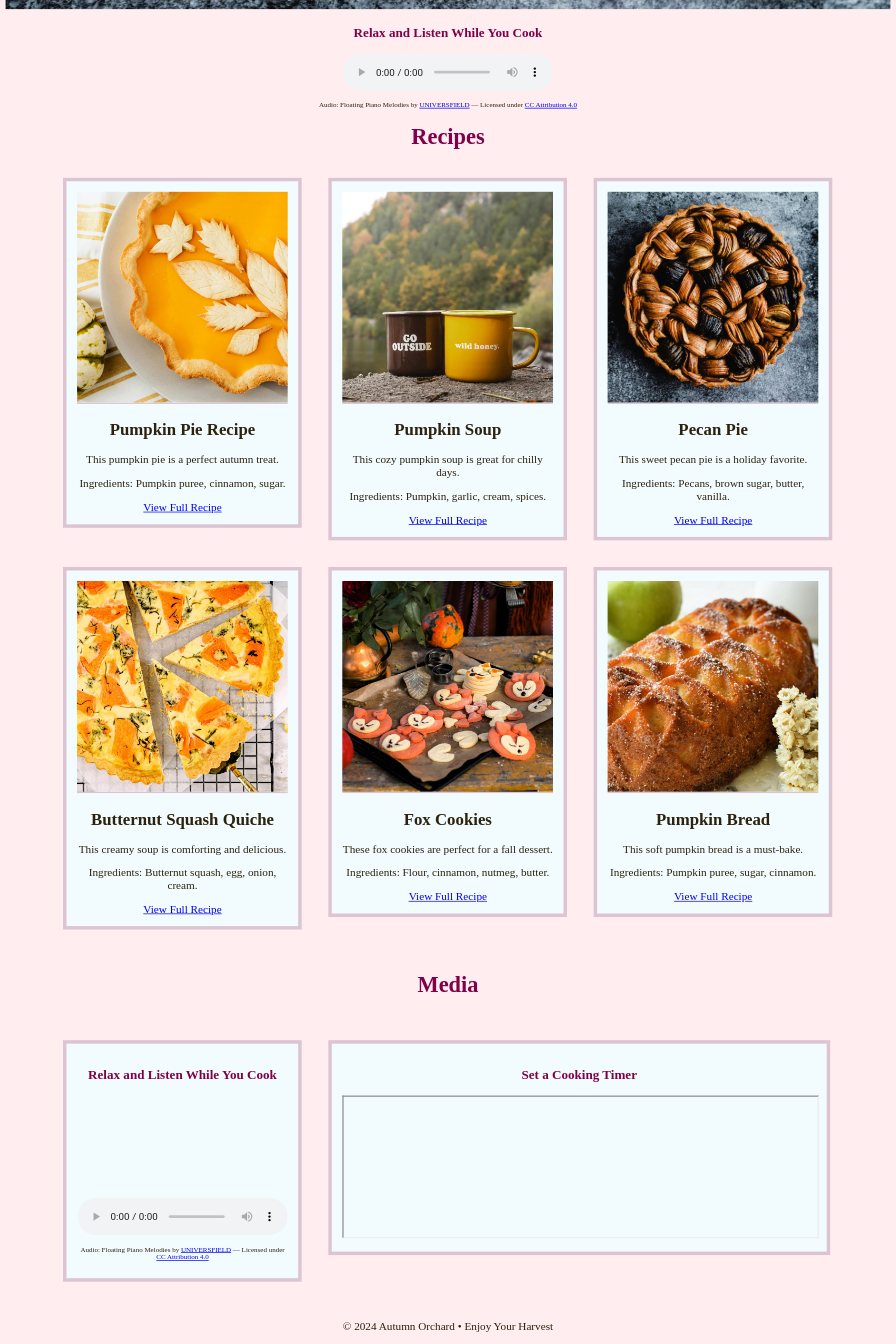
Repository: Brittany-Westlund/MART341-WebDesign
Page: WebDesignHomework/Assignment8/recipes.html
The author's editor kept a copy of each file at every save. The page is drawn from the files as they stood at one save, then again after the next save.
The browser window is 1280 px wide. The pictures show the part of the page from y = 910 to 2830 px (the page is 2830 px tall before and 2792 px after), at 70% of full size.
Pictures or frames that could not be fetched are drawn as grey boxes.

Above is the page before, as saved 2024-10-13 14:20:50.

### WebDesignHomework/Assignment8/recipes.html
<!DOCTYPE html>
<html lang="en">
<head>
    <meta charset="UTF-8">
    <meta name="viewport" content="width=device-width, initial-scale=1.0">
    <title>Autumn Orchard</title>

    <style>
        body {
            background-color: rgb(255, 237, 239);
        }
        h1 {
            color: rgb(128, 0, 73);
        }
        h3 {
            color: rgb(128, 0, 73);
            text-align: center;
        }
        h2, p {
            color: rgb(45, 34, 13);
            text-align: center;
        }
        .nav {
            float: right;
            padding: 10px;
        }
        .recipe-section {
            width: 90%;
            margin: 0 auto;
            padding: 0 20px 20px 20px;
        }
        .recipe {
            width: 30%;
            float: left;
            margin: 1.66%; /* Spacing between the recipes */
            border: 5px solid rgb(221, 196, 210);
            padding: 15px;
            background-color: #f2fcff;
            box-sizing: border-box; /* Ensures padding and border are included in width */
            text-align: center; /* Centers text and images in the recipe div */
        }
        .recipe img {
            width: 100%; /* Makes images full width of container */
            height: auto;
            border-bottom: 2px solid rgb(221, 196, 210); /* Adds border to separate image */
        }
        .clear {
            clear: both; /* Clears the float for the content that follows */
        }

    .media-section {
        width: 90%;
        margin: 0 auto;
        padding: 20px;
    }
    .audio-section {
        width: 30%; /* Audio takes 1/3 of the width */
        float: left;
        margin: 1.66%;
        border: 5px solid rgb(221, 196, 210);
        padding: 15px;
        background-color: #f2fcff;
        box-sizing: border-box;
        text-align: center;
    }
    .timer-section {
        width: 63%; /* Timer takes 2/3 of the width */
        float: left;
        margin: 1.66%;
        border: 5px solid rgb(221, 196, 210);
        padding: 15px;
        background-color: #f2fcff;
        box-sizing: border-box;
        text-align: center;
    }
    .clear {
        clear: both;
    }
</style>

</head>
<body>

<!-- Navigation Links -->
    <a class="nav" href="index.html">HOME</a>
    <a class="nav" href="activities.html">ACTIVITIES</a>
    <a class="nav" href="recipes.html">RECIPES</a>

    <h1 style="text-align: left;">Cozy Harvest</h1>


<!-- Hero image -->
    <img src="images/autumn-slices-pie-optimized.jpg" style="width: 100%;" alt="Autumn Pie">


<!-- Audio element -->
    <h3>Relax and Listen While You Cook</h3>
    <div style="text-align: center;">
        <audio controls loop>
            <source src="audio/floating-piano-melodies.mp3" type="audio/mpeg">
            Your browser does not support the audio element. <!-- Fallback text -->
        </audio>
        <!-- Audio attribution (attribution text provided by freesound after download) -->
        <p style="font-size: 10px;">Audio: Floating Piano Melodies by <a href="https://freesound.org/s/723971/" target="_blank">UNIVERSFIELD</a> — Licensed under <a href="https://creativecommons.org/licenses/by/4.0/" target="_blank">CC Attribution 4.0</a></p>
    </div>


<!-- Recipe section -->
    <h1 style="text-align: center;">Recipes</h1>
    <div class="recipe-section">
        <div class="recipe">
            <img src="images/pumpkin-pie-leaves.jpg" alt="Pumpkin Pie">
            <h2>Pumpkin Pie Recipe</h2>
            <p>This <span class="special-note">pumpkin pie</span> is a perfect autumn treat.</p>
            <p>Ingredients: Pumpkin puree, cinnamon, sugar.</p>
            <a href="https://www.williams-sonoma.com/recipe/pumpkin-pie.html" target="_blank">View Full Recipe</a>
        </div>

        <div class="recipe">
            <img src="images/autumn-coffee-mugs-square.jpg" alt="Pumpkin Soup">
            <h2>Pumpkin Soup</h2>
            <p>This <span class="special-note">cozy pumpkin soup</span> is great for chilly days.</p>
            <p>Ingredients: Pumpkin, garlic, cream, spices.</p>
            <a href="https://www.tasteofhome.com/recipes/pumpkin-soup/" target="_blank">View Full Recipe</a>
        </div>

        <div class="recipe">
            <img src="images/autumn-slices-pie-square.jpg" alt="Pecan Pie">
            <h2>Pecan Pie</h2>
            <p>This <span class="special-note">sweet pecan pie</span> is a holiday favorite.</p>
            <p>Ingredients: Pecans, brown sugar, butter, vanilla.</p>
            <a href="https://sugarspunrun.com/pecan-pie-recipe/" target="_blank">View Full Recipe</a>
        </div>

        <div class="recipe">
            <img src="images/autumn-quiche-square.jpg" alt="Butternut Squash Quiche">
            <h2>Butternut Squash Quiche</h2>
            <p>This <span class="special-note">creamy soup</span> is comforting and delicious.</p>
            <p>Ingredients: Butternut squash, egg, onion, cream.</p>
            <a href="https://www.shekeepsalovelyhome.com/butternut-squash-quiche/" target="_blank">View Full Recipe</a>
        </div>

        <div class="recipe">
            <img src="images/fox-cookies-square.jpg" alt="Fox Cookies">
            <h2>Fox Cookies</h2>
            <p>These <span class="special-note">fox cookies</span> are perfect for a fall dessert.</p>
            <p>Ingredients: Flour, cinnamon, nutmeg, butter.</p>
            <a href="https://thebearfootbaker.com/fun-little-fox-cookies/" target="_blank">View Full Recipe</a>
        </div>

        <div class="recipe">
            <img src="images/autumn-bundt-cake-square.jpg" alt="Pumpkin Bread">
            <h2>Pumpkin Bread</h2>
            <p>This <span class="special-note">soft pumpkin bread</span> is a must-bake.</p>
            <p>Ingredients: Pumpkin puree, sugar, cinnamon.</p>
            <a href="https://letsdishrecipes.com/autumn-spice-bundt-cake/" target="_blank">View Full Recipe</a>
        </div>

        <div class="clear"></div> <!-- Clears the float after the rows. The following code will not adhere to the float -->
    </div>

<!-- Media Section -->
    <h1 style="text-align: center;">Media</h1>
    <div class="media-section">

    <!-- Audio element -->
    <div class="media-item audio-section">
        <h3>Relax and Listen While You Cook</h3>
        <audio controls loop style="height: 200px;">
            <source src="audio/floating-piano-melodies.mp3" type="audio/mpeg">
            Your browser does not support the audio element.
        </audio>
        <p style="font-size: 10px;">Audio: Floating Piano Melodies by <a href="https://freesound.org/s/723971/" target="_blank">UNIVERSFIELD</a> — Licensed under <a href="https://creativecommons.org/licenses/by/4.0/" target="_blank">CC Attribution 4.0</a></p>
    </div>

    <!-- Cooking Timer iframe -->
    <div class="media-item timer-section">
        <h3>Set a Cooking Timer</h3>
        <iframe src="https://123timer.com/" width="100%" height="200"></iframe>
    </div>

    <div class="clear"></div> <!-- Clears float after the media items -->
    </div>


<!-- Escape character example -->
    <p>&copy; 2024 Autumn Orchard • Enjoy Your Harvest</p>

</body>
</html>

After the next save:
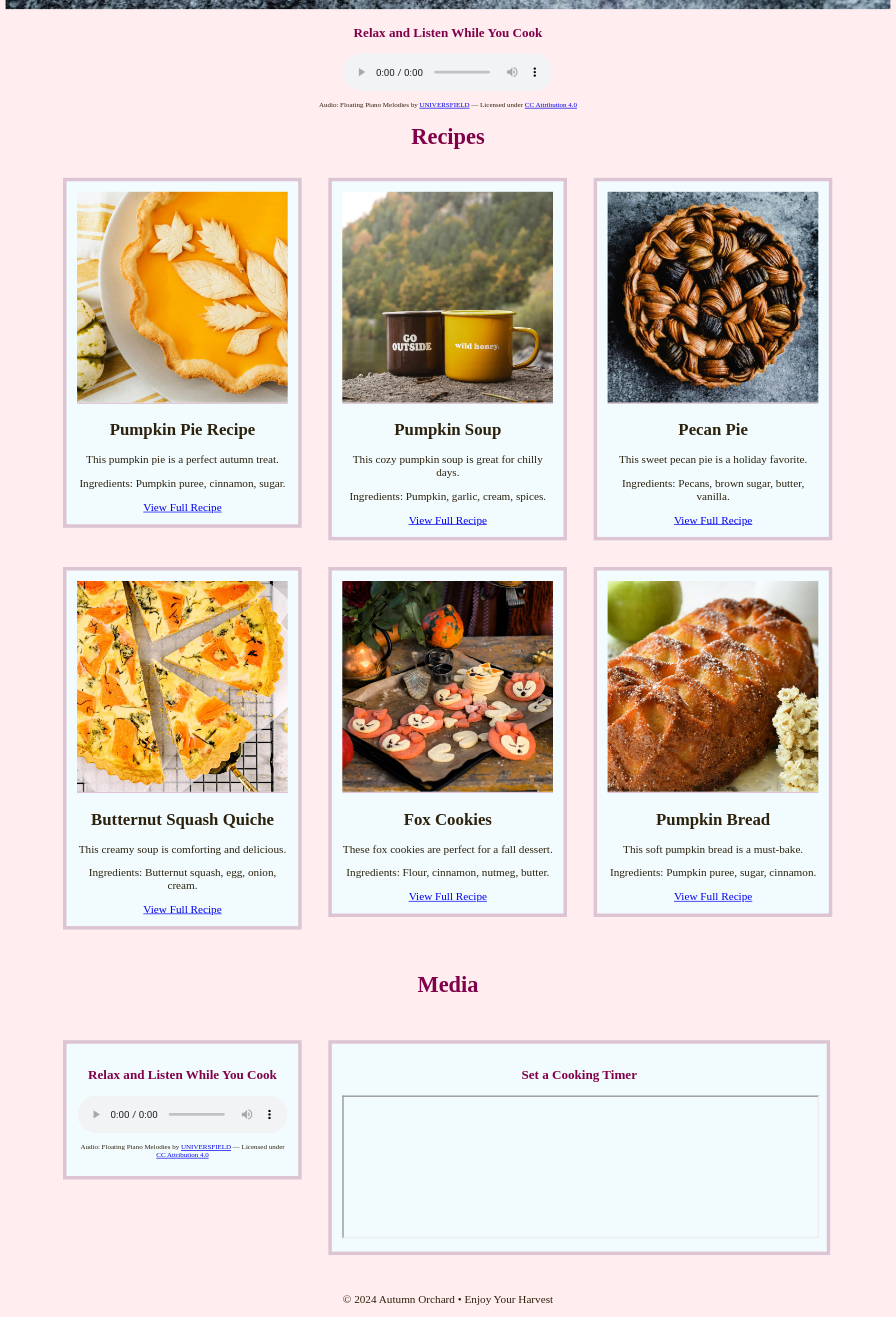
Saved 91 s later.
--- a/WebDesignHomework/Assignment8/recipes.html
+++ b/WebDesignHomework/Assignment8/recipes.html
@@ -163,17 +163,17 @@
     <h1 style="text-align: center;">Media</h1>
     <div class="media-section">
 
-    <!-- Audio element -->
+<!-- Audio element -->
     <div class="media-item audio-section">
         <h3>Relax and Listen While You Cook</h3>
-        <audio controls loop style="height: 200px;">
+        <audio controls loop>
             <source src="audio/floating-piano-melodies.mp3" type="audio/mpeg">
             Your browser does not support the audio element.
         </audio>
         <p style="font-size: 10px;">Audio: Floating Piano Melodies by <a href="https://freesound.org/s/723971/" target="_blank">UNIVERSFIELD</a> — Licensed under <a href="https://creativecommons.org/licenses/by/4.0/" target="_blank">CC Attribution 4.0</a></p>
     </div>
 
-    <!-- Cooking Timer iframe -->
+<!-- Cooking Timer iframe -->
     <div class="media-item timer-section">
         <h3>Set a Cooking Timer</h3>
         <iframe src="https://123timer.com/" width="100%" height="200"></iframe>
